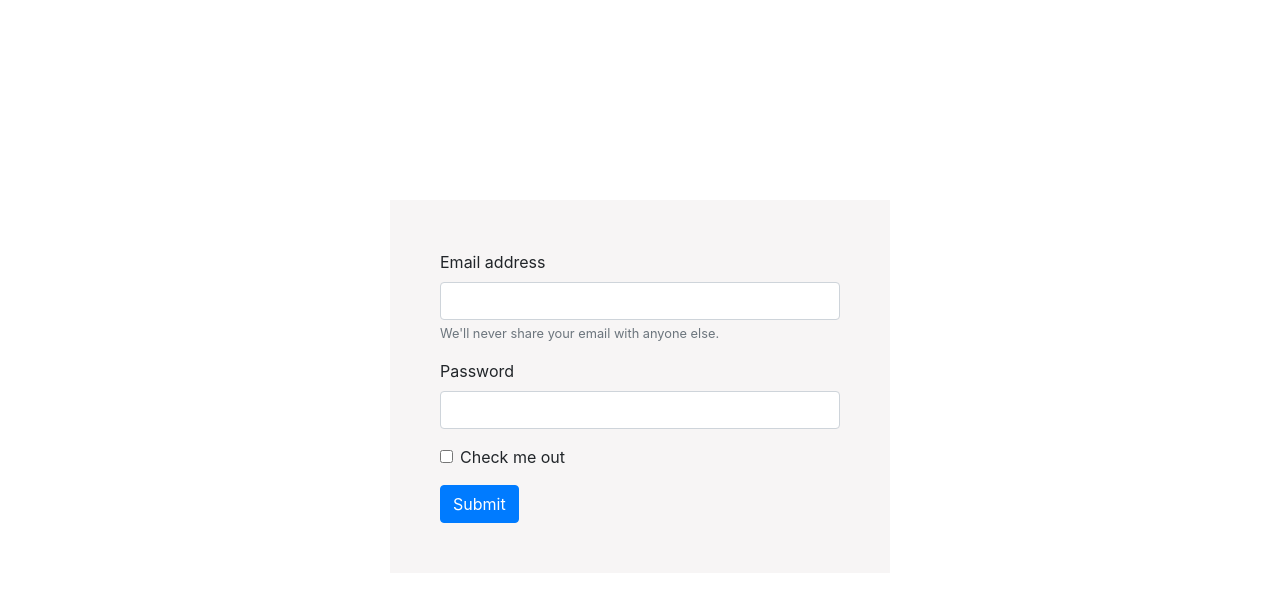
Repository: rnjsmj/homework
Page: http://localhost/homework/WEB-INF/views/member/login.jsp
The author's editor kept a copy of each file at every save. The page is drawn from the files as they stood at one save, then again after the next save.
The browser window is 1280 px wide. The pictures show the whole page.
The page is served by Tomcat 9. Nobody is signed in. The template is opened directly, without the code that normally fills it, so the values that code supplies are empty.

Above is the page before, as saved 2024-06-22 20:01:45.

After the next save:
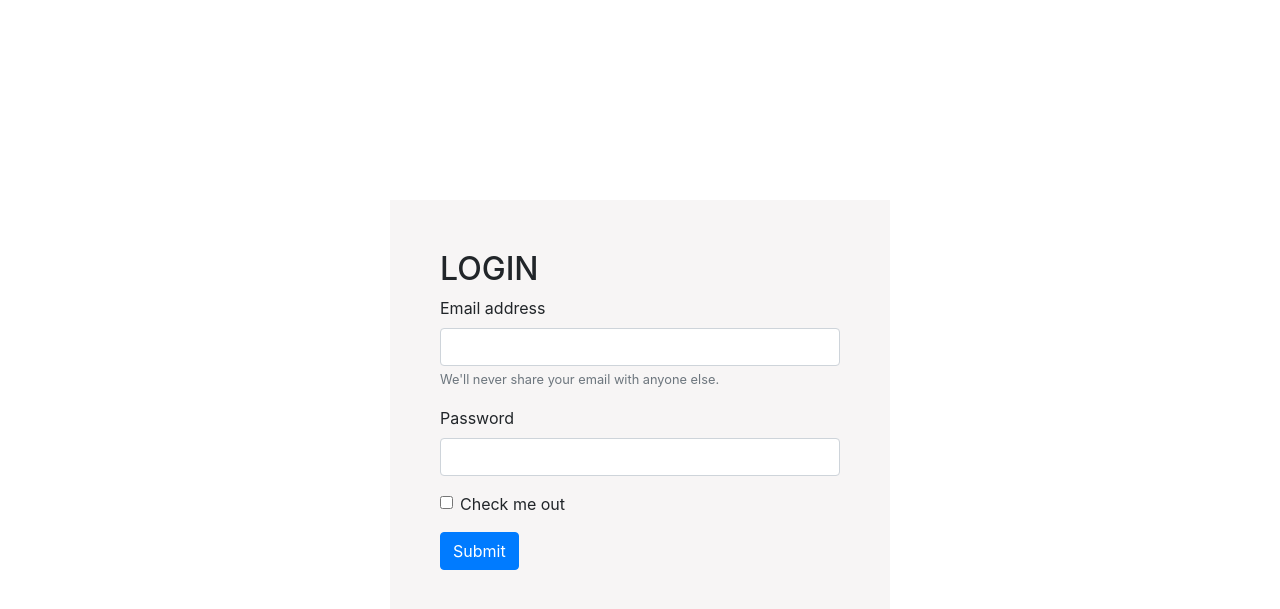
Saved 25 s later.
--- a/homework/src/main/webapp/WEB-INF/views/member/login.jsp
+++ b/homework/src/main/webapp/WEB-INF/views/member/login.jsp
@@ -31,6 +31,7 @@
 <body>
 	<div id="content">
 		<div id="loginForm">
+			<h2>LOGIN</h2>
 			<form>
 			  <div class="form-group">
 			    <label for="exampleInputEmail1">Email address</label>
